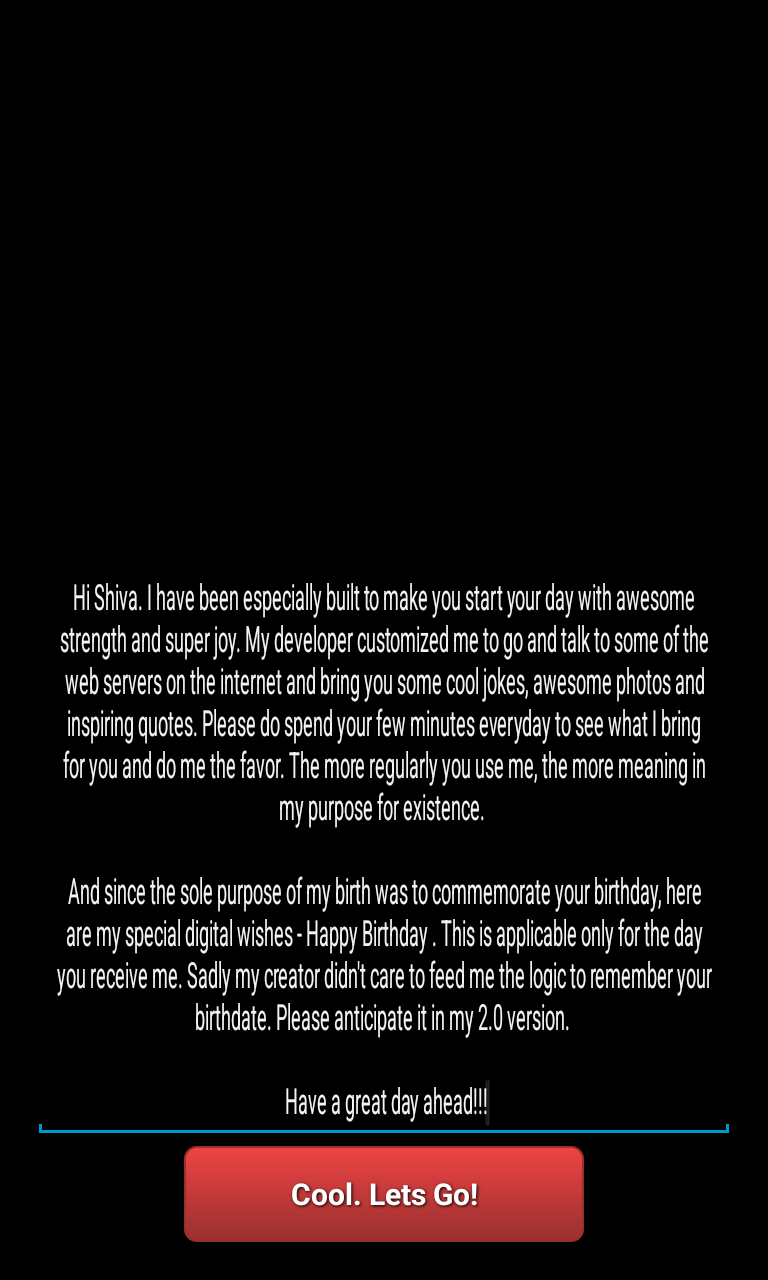
Repository: gitvas/FewMinutesEveryday
Layout: WorkspaceOne/FewMinutesEveryday/res/layout/activity_start.xml
These files come from the project's save history. The layout is drawn as it stood at one moment and after the next save; the edit follows.
It is drawn on a 768 x 1280 px phone screen (xhdpi) without system bars, with theme android:Theme.Holo; the app's code is not run.

Above is the layout before, as saved 2014-08-24 06:47:08.

### WorkspaceOne/FewMinutesEveryday/res/layout/activity_start.xml
<?xml version="1.0" encoding="utf-8"?>
<RelativeLayout xmlns:android="http://schemas.android.com/apk/res/android"
    xmlns:tools="http://schemas.android.com/tools"
    android:layout_width="match_parent"
    android:layout_height="match_parent"
    android:paddingBottom="@dimen/activity_vertical_margin"
    android:paddingLeft="@dimen/activity_horizontal_margin"
    android:paddingRight="@dimen/activity_horizontal_margin"
    android:paddingTop="@dimen/activity_vertical_margin"
    tools:context="com.sreenivas.fewminuteseveryday.MainActivity" >

    <EditText
        android:id="@+id/editText1"
        android:layout_width="fill_parent"
        android:layout_height="wrap_content"
        android:layout_centerHorizontal="true"
        android:layout_above="@+id/btnContinue"
        android:ems="10"
        android:gravity="center"
        android:inputType="none"
        android:focusable="false"
        android:textScaleX="0.5"
        android:text="@string/intro_text">
        <requestFocus />
    </EditText>

    <Button
        android:id="@+id/btnContinue"
        android:layout_width="200dp"
        android:layout_height="wrap_content"
        android:layout_alignParentBottom="TRUE"
        android:layout_centerHorizontal="true"
        android:text="Cool. Lets Go!"
        android:background="@drawable/red_button"
        style ="@style/button_text" />
</RelativeLayout>

### WorkspaceOne/FewMinutesEveryday/res/values/strings.xml
<?xml version="1.0" encoding="utf-8"?>
<resources>

    <string name="app_name">FewMinutesEveryday</string>
    <string name="action_settings">Settings</string>
    <string name="intro_text">Hi Shiva. I have been especially built to make you start your day with awesome strength and super joy. My developer customized me to go and talk to some of the web servers on the internet and bring you some cool jokes, awesome photos and inspiring quotes. Please do spend your few minutes everyday to see what I bring for you and do me the favor. The more regularly you use me, the more meaning in my purpose for existence. \n\nAnd since the sole purpose of my birth was to commemorate your birthday, here are my special digital wishes - Happy Birthday . This is applicable only for the day you receive me. Sadly my creator didn\'t care to feed me the logic to remember your birthdate. Please anticipate it in my 2.0 version. \n\n Have a great day ahead!!!</string>
    <string name="title_activity_main">MainActivity</string>
    <string name="title_section1">Calvin and Hobbes</string>
    <string name="title_section2">Dilbert</string>
    <string name="title_section3">Section 3</string>

</resources>

### WorkspaceOne/FewMinutesEveryday/res/drawable-hdpi/red_button.xml
<?xml version="1.0" encoding="utf-8" ?>
<selector xmlns:android="http://schemas.android.com/apk/res/android">
  <item android:state_pressed="true" >
    <shape>
      <solid
          android:color="#ef4444" />
      <stroke
          android:width="1dp"
          android:color="#992f2f" />
      <corners
          android:radius="6dp" />
      <padding
          android:left="10dp"
          android:top="10dp"
          android:right="10dp"
          android:bottom="10dp" />
    </shape>
  </item>
  <item>
    <shape>
      <gradient
          android:startColor="#ef4444"
          android:endColor="#992f2f"
          android:angle="270" />
      <stroke
          android:width="1dp"
          android:color="#992f2f" />
      <corners
          android:radius="6dp" />
      <padding
          android:left="10dp"
          android:top="10dp"
          android:right="10dp"
          android:bottom="10dp" />
    </shape>
  </item>
</selector>

Loaded but not shown: WorkspaceOne/FewMinutesEveryday/res/values/dimens.xml (common file); WorkspaceOne/FewMinutesEveryday/res/values-w820dp/dimens.xml (common file); WorkspaceOne/FewMinutesEveryday/res/values/styles.xml (common file)

After the next save:
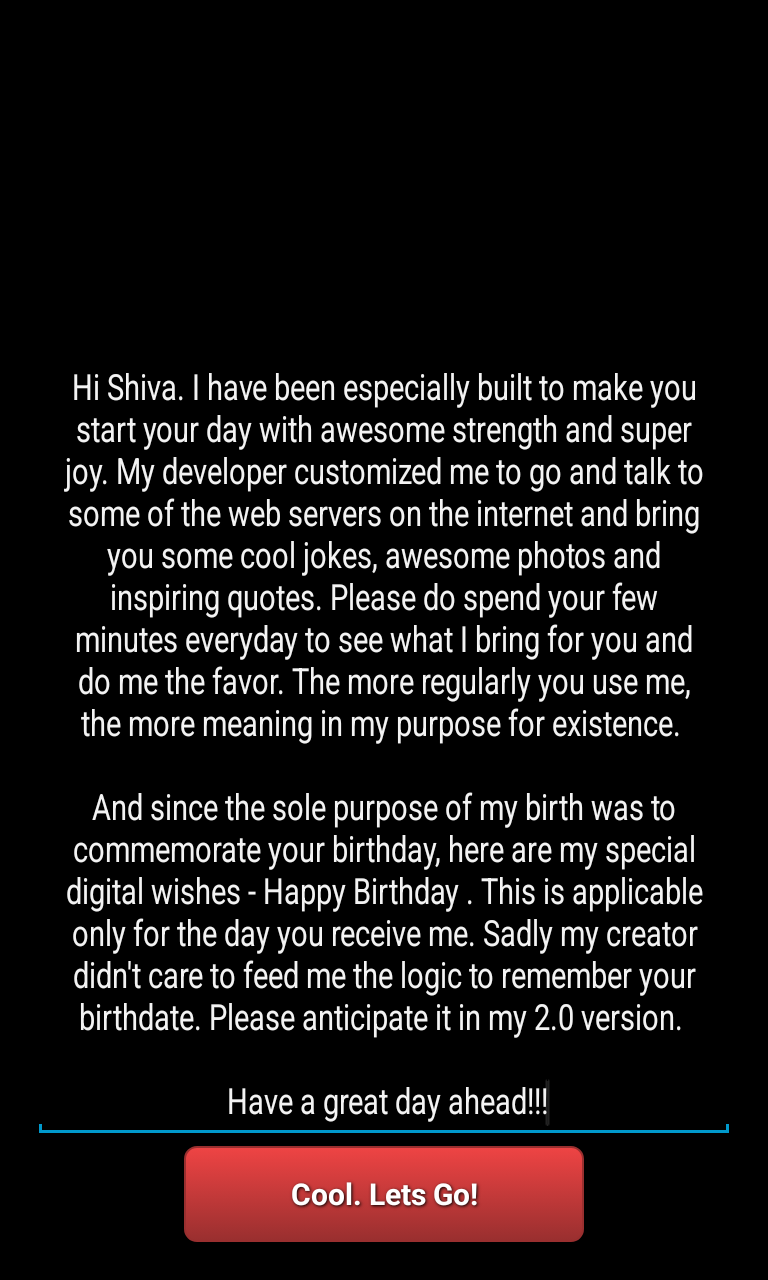
Saved 37 s later.
--- a/WorkspaceOne/FewMinutesEveryday/res/layout/activity_start.xml
+++ b/WorkspaceOne/FewMinutesEveryday/res/layout/activity_start.xml
@@ -19,7 +19,7 @@
         android:gravity="center"
         android:inputType="none"
         android:focusable="false"
-        android:textScaleX="0.5"
+        android:textScaleX="0.8"
         android:text="@string/intro_text">
         <requestFocus />
     </EditText>
